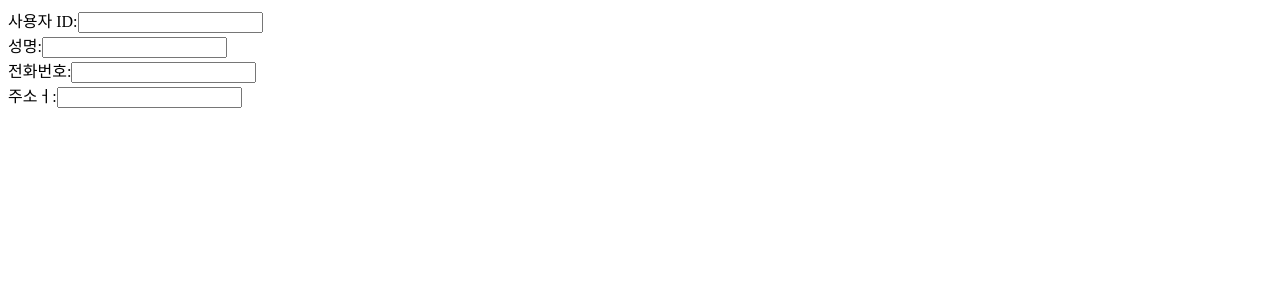
Repository: chanhooop/JSP
Page: http://localhost/CRUD/purchaserInsert_01.jsp
These files come from the project's save history. The page is drawn as it stood at one moment and after the next save; the edit follows.
The browser window is 1280 px wide. The pictures show the whole page.
The page is served by Tomcat 9.

Above is the page before, as saved 2021-05-11 02:56:59.

### CRUD/src/main/webapp/purchaserInsert_01.jsp
<%@ page language="java" contentType="text/html; charset=UTF-8"
    pageEncoding="UTF-8"%>
<!DOCTYPE html>
<html>
<head>
<meta charset="UTF-8">
<title>Insert title here</title>
</head>
<body>


	<form action="purchaserInsert_02">
		사용자 ID:<input type="text" name="userid"><br>
		성명:<input type="text" name="name"><br>
		전화번호:<input type="text" name="tel"><br>
		주소ㅓ:<input type="text" name="address"><br>

	</form>

</body>
</html>

After the next save:
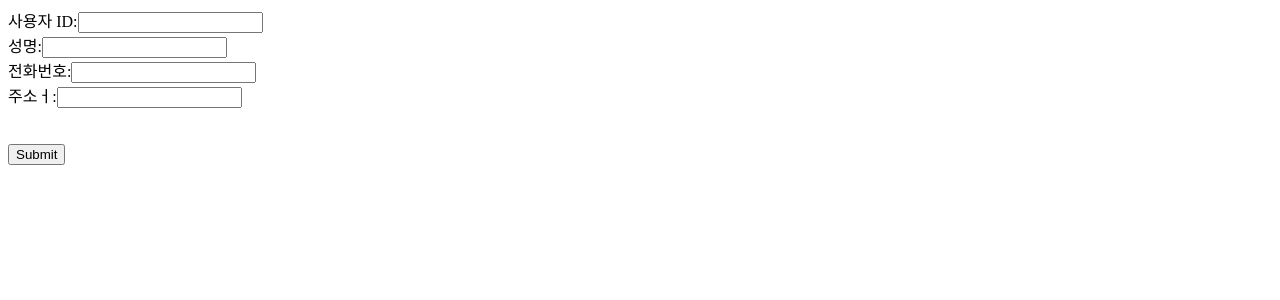
Saved 59 s later.
--- a/CRUD/src/main/webapp/purchaserInsert_01.jsp
+++ b/CRUD/src/main/webapp/purchaserInsert_01.jsp
@@ -15,6 +15,10 @@
 		전화번호:<input type="text" name="tel"><br>
 		주소ㅓ:<input type="text" name="address"><br>
 
+		<br><br>
+
+		<input type="submit" name="확인">
+
 	</form>
 
 </body>
